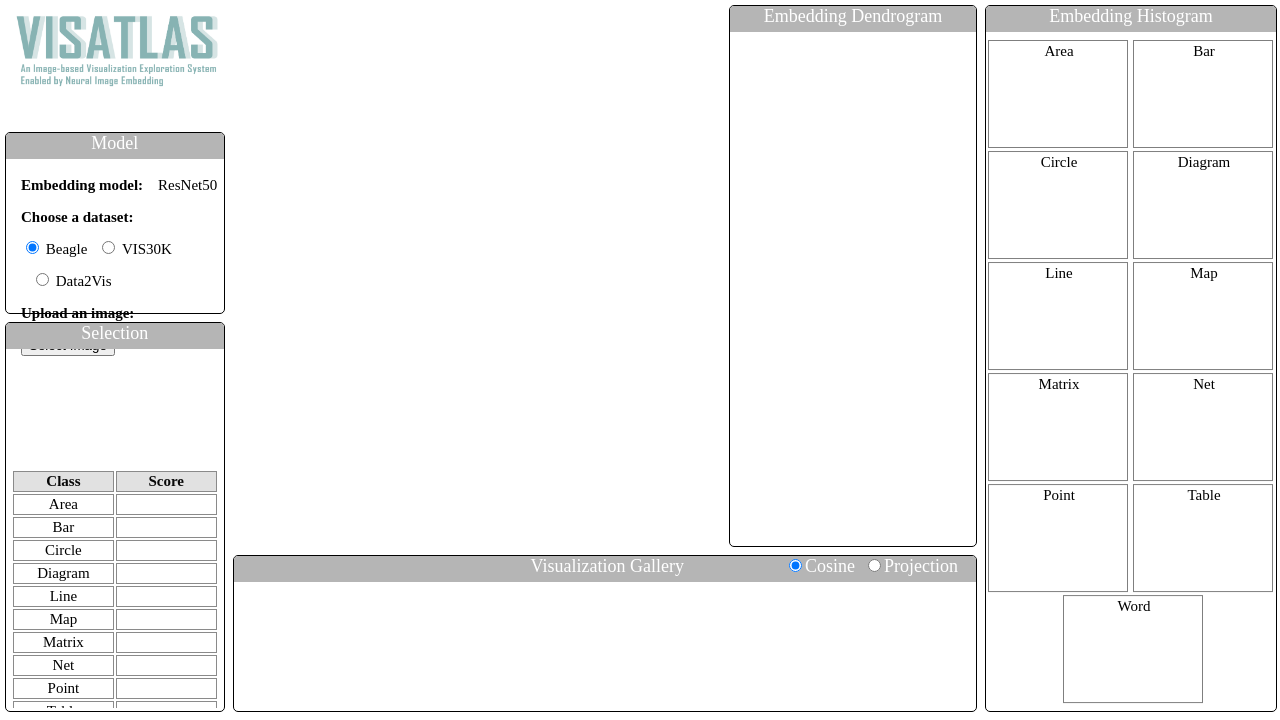
Repository: yilinye/AI_and_human_paintings
Page: / (app in VIS4AI_art/Frontend/)
The author's editor kept a copy of each file at every save. The page is drawn from the files as they stood at one save, then again after the next save.
The browser window is 1280 px wide. The pictures show the whole page.
The page's requests for data from a server got no answer. The project was rebuilt for these pictures with package versions that can differ from the ones it lists, and the page was loaded fresh each time. No one was signed in, and anything a server would have sent is missing. Also part of the build but not shown: VIS4AI_art/Frontend/vite.config.js, VIS4AI_art/Frontend/vue.config.js, VIS4AI_art/Frontend/src/components/WelcomeItem.vue, VIS4AI_art/Frontend/src/components/icons/IconDocumentation.vue, VIS4AI_art/Frontend/src/components/icons/IconTooling.vue, VIS4AI_art/Frontend/src/components/icons/IconEcosystem.vue, VIS4AI_art/Frontend/src/components/icons/IconCommunity.vue, VIS4AI_art/Frontend/src/components/icons/IconSupport.vue and 2 more.

Above is the page before, as saved 2022-04-30 21:10:43.

### VIS4AI_art/Frontend/src/App.vue
<!--
 * @Author: Qing Shi
 * @LastEditTime: 2022-04-12 22:41:44
 * @Knowledge:
 * @Description:
 * @Attention:
-->

<template>
  <VisView/>
</template>

<script>
import VisView from "./views/visView.vue";

// var Event = new Vue();
export default {
    components: { VisView }
}
</script>

<style>
@import "./assets/base.css";

#app {
  height: calc(100%);
  font-weight: normal;
}

</style>

### VIS4AI_art/Frontend/src/assets/base.css
body {

  margin: 0%;
  height: 100%;
  width: 100%;
  background-color: rgb(255, 255, 255);
  overflow: hidden;
}


#titleBar {
  background: rgb(181, 181, 181);
  height: 26px;
  width: calc(100% + 0px);
  border-radius: 4px 4px 0px 0px;
  /* border: solid 1px; */
  transform: translate(0px);
  text-align: center;
  color: white;
  font-size: 18px;
}


/*chrome--------------------------------------------start*/
::-webkit-scrollbar {
  width: 8px;
  height: 8px;
}

/* Track */
::-webkit-scrollbar-track {
  background: #ffffff;
  border-radius: 8px;
}

/* Handle */
::-webkit-scrollbar-thumb {
  background: rgb(201, 201, 202);
  border-radius: 8px;
}

/* Handle on hover */
::-webkit-scrollbar-thumb:hover {
  background: rgb(162, 162, 163);
}

.el-menu::-webkit-scrollbar,
.el-table__body-wrapper::-webkit-scrollbar {
  display: none;
}

.el-menu:hover::-webkit-scrollbar,
.el-table__body-wrapper:hover::-webkit-scrollbar {
  display: block;
}

/*chrome--------------------------------------------end*/

### VIS4AI_art/Frontend/src/components/selectView.vue
<!--
 * @Author: Qing Shi
 * @LastEditTime: 2022-04-30 21:09:27
 * @Knowledge:
 * @Description:
 * @Attention:
-->
<template>
  <div style="height: 100%">
    <div id="titleBar">
      {{ viewName }}
    </div>
    <div id="selectPic">
      <div
        v-if="isChoose"
        id="isChoose"
      >
        <img
          id="nodePic"
        >
      </div>
    </div>
    <div id="selectTable">
      <table style="width:calc(100% - 10px);text-align: center;margin-top:2px;height:calc(100% - 10px);margin-bottom:5px;margin-left:5px; margin-right: 5px;">
        <tr style="height:calc(8% - 30px)">
          <th>Class</th>
          <th>Score</th>
        </tr>
        <tr
          v-for="item in items"
          :key="item.className"
          style="height:calc(8% - 30px)"
        >
          <td>{{ item.className }}</td>
          <td :id="item.className+'Table'">{{ item.classScore }}</td>
        </tr>
      </table>
    </div>
  </div>
</template>

<script>
export default {
  data () {
    return {
      viewName: "Selection",
      isChoose: true,
      picPath: "/src/assets/logo.svg",
      items: {
        Area: { className: "Area", classScore: "" },
        Bar: { className: "Bar", classScore: "" },
        Circle: { className: "Circle", classScore: "" },
        Diagram: { className: "Diagram", classScore: "" },
        Line: { className: "Line", classScore: "" },
        Map: { className: "Map", classScore: "" },
        Matrix: { className: "Matrix", classScore: "" },
        Net: { className: "Net", classScore: "" },
        Point: { className: "Point", classScore: "" },
        Table: { className: "Table", classScore: "" },
        Word: { className: "Word", classScore: "" },
      }
    }
  }
}
</script>

<style>
#selectPic {
  height: 30%;
  width: 100%;
}
#isChoose {
  text-align: center;
  margin-top: 1px;
  margin-left: 6px;
  margin-right: 6px;
  margin-bottom: 2px;
  height: 100%;
  display: flex;
  flex-direction: column;
  justify-content: center;
  align-items: center;
}
#selectTable {
  height: calc(70% - 30px);
  width: 100%;
  overflow: auto;
  /* background-color: #000000; */
}

th {
  text-align: middle;
  /* padding-left: 45px; */
  /* border-bottom: 1px solid #ddd; */
  border: 1px solid rgb(138, 138, 138);
  /* background-color: white; */
  background-color: rgb(225, 225, 225);
  color: rgb(7, 7, 7);
  font-size: 15px;
  /* color: white; */
}

td {
  text-align: middle;
  /* padding-left: 45px; */
  width: 50%;
  /* border-bottom: 1px solid #ddd; */
  border: 1px solid rgb(138, 138, 138);
  font-size: 15px;
  color: black;
  /* height: 100% */
}

/* tr {
  height: calc(100%)
} */

tr:hover {
  background-color: rgb(231, 164, 179);
}
</style>

### VIS4AI_art/Frontend/src/components/histogramView.vue
<!--
 * @Author: Qing Shi
 * @LastEditTime: 2022-04-30 21:10:38
 * @Knowledge:
 * @Description:
 * @Attention:
-->
<template>
  <div>
    <div id="titleBar">
      {{ viewName }}
    </div>
    <div id="mainHistogram">
      <div
        v-for="(ty, index) in typeName"
        :key="ty"
        :id="'His' + ty"
        v-bind:style="{ border: 'solid 1px rgba(0, 0, 0, 0.5)', width: wd, height:hs, position: 'absolute', left: '2px', transform: 'translate(' + (index == 10 ? 'calc(50% + 5px)' : index % 2 ? 'calc(100% + 5px)' : '0') + ',' + 'calc(' + ((Math.floor(index / 2)) * 100) + '% + ' + ((Math.floor(index / 2)) * 3) + 'px' + ' + 8px)' + ')' }"
      >

      </div>
    </div>
  </div>
</template>

<script>
import * as d3 from 'd3';
import { dataService } from '../service';
export default {
  mounted () {
    // dataService.fetchData({ 'filePath': this.fileP.filePath }, fileData => {
    //   console.log(11111);

    //   // this.drawHistogram(fileData.data.data, this.typeName);
    // });
    this.typeName.forEach(d => {
      this.createSVG(d);
    })


    this.drawHistogram(this.fileP.filePath, this.typeName);
    // watch window size
    this.screenWidth = document.body.clientWidth
    window.onresize = () => {   //屏幕尺寸变化就重新赋值
      return (() => {
        this.screenWidth = document.body.clientWidth
      })()
    }
  },
  data () {
    return {
      viewName: "Embedding Histogram",
      typeName: ["Area", "Bar", "Circle", "Diagram", "Line", "Map", "Matrix", "Net", "Point", "Table", "Word"],
      hs: "calc(16.6% - 11px)",
      wd: "calc(50% - 7px)",
      screenWidth: null,  //屏幕尺寸
      selectType: '',
      xAxis: undefined,
      yAxis: {},
      hisWidth: 0,
      hisHeight: 0,
      levelCluster: {
        "Beagle": ['Circle', 'Map', 'Line', 'Area', 'Bar', 'Net', 'Point', 'Diagram', 'Matrix', 'Table', 'Word'],
        "VIS": ["Map", "Circle", "Bar", "Point", "Line", "Diagram", "Matrix", "Net", "Area", "Table", "Word"],
        "Data": ["Area", "Line", "Bar", "Point"]
      },

    };
  },
  inject: ['fileP'],
  methods: {
    createSVG: function (hisType) {
      d3.select("#" + hisType + 'Svg').remove();
      const hisHeight = document.getElementById(('His' + hisType)).offsetHeight;
      const hisWidth = document.getElementById(('His' + hisType)).offsetWidth;
      this.hisHeight = hisHeight;
      this.hisWidth = hisWidth;
      d3.select('#His' + hisType)
        .append('svg')
        .attr('id', hisType + 'Svg')
        .attr('width', hisWidth)
        .attr('height', hisHeight)
      d3.select('#' + hisType + 'Svg')
        .append('text')
        .text(hisType)
        .attr('font-size', 15)
        .attr('text-anchor', 'middle')
        .attr('y', 15)
        .attr('x', hisWidth / 2)
    },
    /**
     * @description: data processing and use function
     * @param {String} filePath: which file will be used, selected in modelView.vue
     * @param {Array} hisTypeArray: Feature Group
     * @return {*}
     */
    drawHistogram: function (filePath, hisTypeArray) {
      d3.csv(filePath).then((fileData) => {
        hisTypeArray.forEach(hisType => {
          // index name need small letters
          let hisTag = hisType.toLowerCase();
          const hisData = new Object();
          for (let i = 0; i < fileData.length; ++i) {
            let indexNum = Math.floor(parseFloat(fileData[i][hisTag]) * 10);
            if (indexNum == 10) indexNum--; // let 1 to 0.9 ~ 1
            if (indexNum == 0) continue;
            if (typeof (hisData[indexNum]) == 'undefined') {
              hisData[indexNum] = { cnt: 0, items: [] };
            }
            hisData[indexNum].cnt++;
            hisData[indexNum].items.push(fileData[i]);
          }

          // remove old View
          d3.select("#his_g_" + hisType).remove();
          // define new View
          d3.select("#" + hisType + "Svg")
            .append('g')
            .attr("id", "his_g_" + hisType);

          this.drawRectAndAxis(hisData, hisType);
          this.drawSelectRect(hisData, hisType);
          this.RectBrush(hisData, hisType);
          // this.allHisData[hisType] = hisData;
          // d3.select("#selCircle8").transition().duration(2000).attr('y', 20).attr("height", 70);
        })
      });
    },
    drawRectAndAxis: function (hisData, hisType) {
      // remove old View
      d3.select("#his_rect_g_" + hisType).remove();
      // define new View
      const his_g = d3.select("#his_g_" + hisType)
        .append('g')
        .attr("id", "his_rect_g_" + hisType);

      const hisArray = new Array();

      for (let i in hisData)
        hisArray.push(hisData[i].cnt);

      const xAxis = d3.scaleLinear()
        .domain([0.1, 1.0])
        .range([0, this.hisWidth - 60])
      const yAxis = d3.scaleLinear()
        .domain([0, d3.max(hisArray)])
        .range([this.hisHeight - 42, 0]);
      this.xAxis = xAxis;
      this.yAxis[hisType] = yAxis;

      his_g.append('g')
        .selectAll("#hisRect" + hisType)
        .attr('id', "hisRect" + hisType)
        .data(hisArray)
        .enter()
        .append('rect')
        .attr("dmax", d3.max(hisArray))
        .attr('x', (d, i) => {
          return this.xAxis((i + 1) / 10) + 45 + 5;
        })
        .attr('y', (d, i) => {
          return this.yAxis[hisType](d) + 20;
        })
        .attr('height', d => {
          return this.hisHeight - 42 - this.yAxis[hisType](d)
        })
        .attr('width', 10)
        .attr('fill', "rgb(198, 198, 198)");
      // draw Axis
      his_g.append('g')
        .call(d3.axisBottom(xAxis).ticks(5))
        .attr("transform", `translate(${45}, ${this.hisHeight - 22})`);
      his_g.append('g')
        .call(d3.axisLeft(yAxis).ticks(5))
        .attr("transform", `translate(${45}, ${20})`);
    },
    drawSelectRect: function (hisData, hisType) {
      // remove old View
      d3.select("#his_sel_g_" + hisType).remove();
      // define new View
      const his_g = d3.select("#his_g_" + hisType)
        .append('g')
        .attr("id", "his_sel_g_" + hisType);

      const hisArray = new Array();
      for (let i in hisData)
        hisArray.push(hisData[i].cnt);
      // console.log()
      his_g.append('g')
        .selectAll("#hisSelRect" + hisType)
        .attr('id', "hisSelRect" + hisType)
        .data(hisArray)
        .enter()
        .append('rect')
        .attr("dmax", this.yAxis[hisType].domain()[1])
        .attr("hisHeight", this.hisHeight)
        .attr("id", (d, i) => {
          return "sel" + hisType + (i + 1);
        })
        .attr('x', (d, i) => {
          return this.xAxis((i + 1) / 10) + 45 + 5;
        })
        .attr('y', (d, i) => {
          return this.hisHeight - 20;
        })
        .attr('height', d => {
          return 0;
        })
        .attr('width', 10)
        .attr('fill', "orange");
    },
    RectBrush (hisData, hisType) {
      let _this = this;
      const hisArray = new Array();
      for (let i in hisData)
        hisArray.push(hisData[i].cnt);
      const brush = d3.brush()
        .extent([
          [30, 15],
          [_this.hisWidth - 5, _this.hisHeight - 10]
        ])
        .on('start', function ({ selection }) {
          if (selection != null) {
            d3.select('#brush_rect').remove();
          }
        })
        // .on('brush', brushing)
        .on('end', brushed);
      // console.log(hisData)
      const brush_g = d3.select("#his_g_" + hisType)
        .append('g')
        .attr('id', 'brush_g' + hisType)
        .call(brush);

      // I really don't like programing this function, but it's the method which can clear the brush.
      function brushed ({ selection }) {
        if (selection != null) {
          const [
            [x0, y0],
            [x1, y1]
          ] = selection;
          d3.select('#his_g_' + hisType)
            .append("rect")
            .attr('id', 'brush_rect')
            .attr('x', x0)
            .attr('y', y0)
            .attr('width', x1 - x0)
            .attr('height', y1 - y0)
            .attr('fill', 'white')
            .attr('fill-opacity', 0)
            .attr('stroke', '#2378ae')
            .attr('stroke-dasharray', '4, 4')
            .attr('stroke-width', 3);

          let levelType = undefined;
          let pidScatter = {};

          let filePath = _this.fileP.filePath;
          if (filePath[13] == 'B') {
            levelType = _this.levelCluster["Beagle"];
          }

          if (filePath[13] == 'v') {
            levelType = _this.levelCluster["VIS"];
          }

          if (filePath[13] == 'd') {
            levelType = _this.levelCluster["Data"];
          }
          let treeCnt = {};
          console.log(levelType);
          levelType.forEach(d => {
            treeCnt[d.toLowerCase()] = {
              value: 0,
              id: d
            }
          })
          let selectData = {};
          _this.typeName.forEach(d => {
            selectData[d] = {};
            for (let i = 1; i <= 9; ++i)
              selectData[d][i] = { cnt: 0 };
          })
          for (let i = 0; i < 9; ++i) {
            if (x0 < _this.xAxis((i + 1) / 10) + 45 + 5 && _this.xAxis((i + 1) / 10) + 45 + 5 < x1) {
              hisData[i + 1].items.forEach(d => {
                pidScatter[d.pid] = 1;
                // d3.select("#rad_cir" + d.pid).attr('opacity', 1).attr('r', 4);
                _this.typeName.forEach(hisTag => {
                  let indexNum = Math.floor(parseFloat(d[hisTag.toLowerCase()]) * 10);
                  if (indexNum == 10) indexNum--; // let 1 to 0.9 ~ 1
                  if (indexNum != 0) {
                    selectData[hisTag][indexNum].cnt++;
                  }
                })
                treeCnt[d['class']].value++;
              })
            }
          }
          d3.selectAll('.rad_cir')
            .attr('r', d => {
              return pidScatter[d.pid] == 1 ? 2 : 0;
            })
          for (let i in selectData) {
            for (let j in selectData[i]) {
              d3.select("#sel" + i + (j))
                .transition().duration(1000)
                .attr('y', _this.yAxis[i](selectData[i][j].cnt) + 20)
                .attr("height", _this.hisHeight - 42 - _this.yAxis[i](selectData[i][j].cnt));
            }
          }
          let treeData = [];
          let sumTree = 0;
          for (let i in treeCnt) {
            if (treeCnt[i].value > 0) {
              treeData.push({
                value: treeCnt[i].value,
                id: treeCnt[i].id.toLowerCase(),
                top: sumTree
              });
              sumTree += treeCnt[i].value;
            }
          }
          _this.updateTree(treeData, sumTree);
          // clear brush
          d3.select(this).call(brush.move, null);
        }
      }
    },
    updateTree (treeData, sumTree) {
      this.$emit('updateTree', treeData, sumTree);
    }
  },
  watch: {
    fileP: {
      handler (newValue, oldValue) {
        console.log(newValue)
        this.drawHistogram(this.fileP.filePath, this.typeName);
      },
      deep: true
    },
    screenWidth: {
      handler (newValue, oldValue) {
        this.typeName.forEach(d => {
          this.createSVG(d);
        })
        this.drawHistogram(this.fileP.filePath, this.typeName);
      }
    }
  }
}
</script>

<style>
#mainHistogram {
  height: calc(100% - 30px);
  width: calc(100%);
  /* background-color: #000; */
}
.selection {
  fill: none;
  stroke: #2378ae;
  stroke-width: 3;
  stroke-dasharray: 4, 4;
}
</style>

### VIS4AI_art/Frontend/src/components/galleryView.vue
<template>
  <div style="width: 100%; height: 100%;">
    <div id="titleBar">
      <span style="position: absolute; left: 40%;">{{ viewName }}</span>
      <span style="float: right">
        <form
          id="select-distance"
          style="margin-top:0;margin-right:18px"
        >

          <input
            type="radio"
            id="metricChoice1"
            name="contact"
            value="cosine"
            checked="checked"
            @click="updateType('Cosine')"
          >
          <label for="metricChoice1">Cosine</label>

          <input
            type="radio"
            id="metricChoice2"
            name="contact"
            value="radviz"
            style="margin-left:13px;padding-top:50%;"
            @click="updateType('Projection')"
          >
          <label for="metricChoice2">Projection</label>

        </form>
      </span>

    </div>
    <div id="nodeGallery">
      <div style="height: 100%; white-space: nowrap;">
        <div
          v-for="(item, index) in closeNode"
          :key="index"
          class="closeNode"
        >
          <img
            :src="'/src/assets' + item.path.slice(1)"
            alt=""
            :pid="item.pid"
            style="height:100%;"
            @click="updateSelectNode(item)"
          >
        </div>
      </div>
    </div>
  </div>
</template>

<script>
export default {
  data () {
    return {
      viewName: "Visualization Gallery",
      closeNode: []
    }
  },
  methods: {
    /**
     * @description: set the closeNode
     * @param {Array} data picture information from visView.vue
     * @return {*}
     */
    setCloseNode (data) {
      // console.log(data);
      this.closeNode = data;
    },
    /**
     * @description: change the gallery type
     * @param {String} data Cosine / Projection
     * @return {*}
     */
    updateType (data) {
      // console.log(data)
      this.$emit('updateGType', data);
    },
    /**
     * @description: select a picture and upload information
     * @param {*} data data bound to the picture
     * @return {*}
     */
    updateSelectNode (data) {
      this.$emit("updateSelectNode", data);
    }
  }
}
</script>

<style>
#nodeGallery {
  overflow-x: scroll;
  overflow-y: hidden;
  width: 100%;
  height: calc(100% - 30px);
}
.closeNode {
  /* position: absolute; */
  /* width: 20%; */
  height: calc(100% - 10px);
  /* padding-bottom: 50%; */
  /* position: fixed; */
  margin-top: 5px;
  margin-bottom: 5px;
  border: solid 1px;
  margin-left: 2.5px;
  margin-right: 2.5px;
  /* float: left; */
  white-space: normal;
  display: inline-block;
  /* display: flex; */
  flex-direction: column;
  justify-content: center;
  align-items: center;
}
</style>

Loaded but not shown: VIS4AI_art/Frontend/index.html (common file); VIS4AI_art/Frontend/src/service/modules/dataService.js (24 lines, source omitted); VIS4AI_art/Frontend/src/router/index.js (21 lines, source omitted); VIS4AI_art/Frontend/src/main.js (11 lines, source omitted); VIS4AI_art/Frontend/src/service/index.js (1 lines, source omitted); VIS4AI_art/Frontend/src/components/mainView.vue (839 lines, source omitted); VIS4AI_art/Frontend/src/components/dendrogramView.vue (279 lines, source omitted); VIS4AI_art/Frontend/src/components/modelView.vue (167 lines, source omitted); VIS4AI_art/Frontend/src/views/visView.vue (199 lines, source omitted)

After the next save:
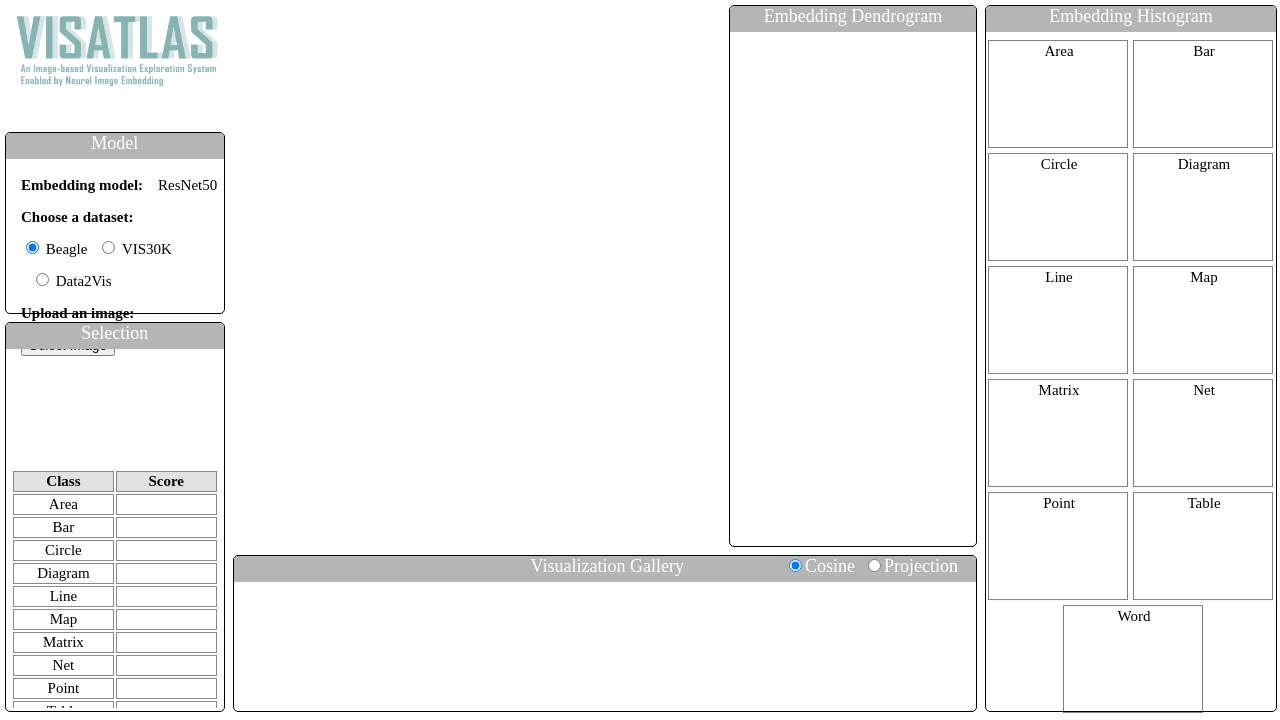
Saved 10 s later.
--- a/VIS4AI_art/Frontend/src/components/histogramView.vue
+++ b/VIS4AI_art/Frontend/src/components/histogramView.vue
@@ -15,7 +15,7 @@
         v-for="(ty, index) in typeName"
         :key="ty"
         :id="'His' + ty"
-        v-bind:style="{ border: 'solid 1px rgba(0, 0, 0, 0.5)', width: wd, height:hs, position: 'absolute', left: '2px', transform: 'translate(' + (index == 10 ? 'calc(50% + 5px)' : index % 2 ? 'calc(100% + 5px)' : '0') + ',' + 'calc(' + ((Math.floor(index / 2)) * 100) + '% + ' + ((Math.floor(index / 2)) * 3) + 'px' + ' + 8px)' + ')' }"
+        v-bind:style="{ border: 'solid 1px rgba(0, 0, 0, 0.5)', width: wd, height:hs, position: 'absolute', left: '2px', transform: 'translate(' + (index == 10 ? 'calc(50% + 5px)' : index % 2 ? 'calc(100% + 5px)' : '0') + ',' + 'calc(' + ((Math.floor(index / 2)) * 100) + '% + ' + ((Math.floor(index / 2)) * 5) + 'px' + ' + 8px)' + ')' }"
       >
 
       </div>

After the save that followed:
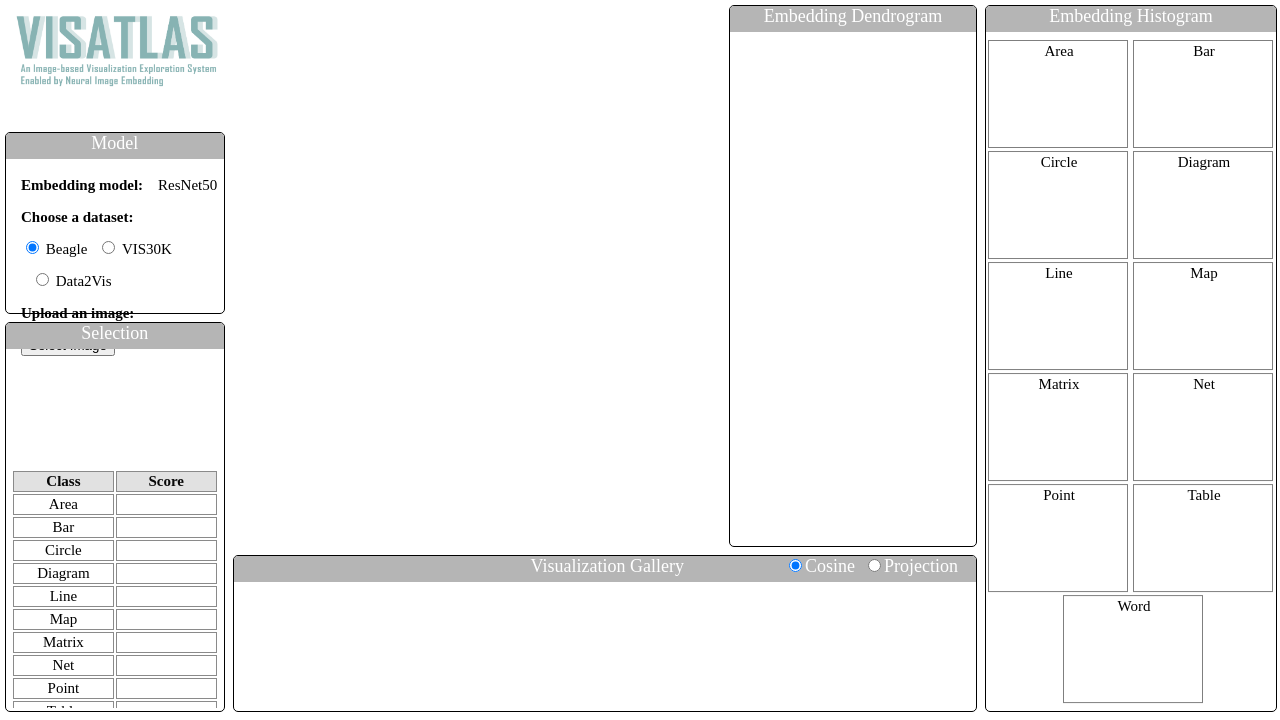
Saved 9 s later.
--- a/VIS4AI_art/Frontend/src/components/histogramView.vue
+++ b/VIS4AI_art/Frontend/src/components/histogramView.vue
@@ -15,7 +15,7 @@
         v-for="(ty, index) in typeName"
         :key="ty"
         :id="'His' + ty"
-        v-bind:style="{ border: 'solid 1px rgba(0, 0, 0, 0.5)', width: wd, height:hs, position: 'absolute', left: '2px', transform: 'translate(' + (index == 10 ? 'calc(50% + 5px)' : index % 2 ? 'calc(100% + 5px)' : '0') + ',' + 'calc(' + ((Math.floor(index / 2)) * 100) + '% + ' + ((Math.floor(index / 2)) * 5) + 'px' + ' + 8px)' + ')' }"
+        v-bind:style="{ border: 'solid 1px rgba(0, 0, 0, 0.5)', width: wd, height:hs, position: 'absolute', left: '2px', transform: 'translate(' + (index == 10 ? 'calc(50% + 5px)' : index % 2 ? 'calc(100% + 5px)' : '0') + ',' + 'calc(' + ((Math.floor(index / 2)) * 100) + '% + ' + ((Math.floor(index / 2)) * 3) + 'px' + ' + 8px)' + ')' }"
       >
 
       </div>
